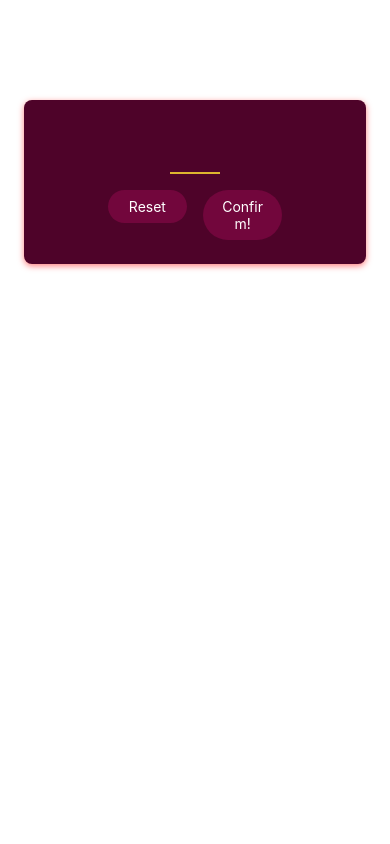
Repository: SyLe-Van/Number-Guessing-Game
Screen: /
An editor plug-in stored every save of this project. The screen is shown before and after the next save, followed by the edit.
The app was drawn by React Native's web renderer in a window 390 px wide. The project was rebuilt for these pictures with package versions that can differ from the ones it lists, and the page was loaded fresh each time.

Above is the screen before, as saved 2024-02-02 09:32:12.

### App.js
import { StyleSheet } from "react-native";

import StartGameScreen from "./screens/StartGameScreen";
export default function App() {
  return <StartGameScreen />;
}

const styles = StyleSheet.create({});

### screens/StartGameScreen.js
import { TextInput, View, StyleSheet } from "react-native";
import PrimaryButton from "../components/PrimaryButton";
function StartGameScreen() {
  return (
    <View style={styles.inputContainer}>
      <TextInput
        style={styles.numberInput}
        maxLength={2}
        keyboardType={"number-pad"}
        autoCapitalize="none"
        autoCorrect={false}
      />
      <View style={styles.buttonsContainer}>
        <View style={styles.buttonContainer}>
          <PrimaryButton>Reset</PrimaryButton>
        </View>
        <View style={styles.buttonContainer}>
          <PrimaryButton>Confirm!</PrimaryButton>
        </View>
      </View>
    </View>
  );
}
const styles = StyleSheet.create({
  inputContainer: {
    justifyContent: "center",
    alignItems: "center",
    padding: 16,
    marginTop: 100,
    marginHorizontal: 24,
    backgroundColor: "#4e0329",
    borderRadius: 8,
    shadowColor: "red",
    shadowOffset: { width: 0, height: 2 },
    shadowRadius: 6,
    shadowOpacity: 0.5,
  },
  numberInput: {
    height: 50,
    width: 50,
    fontSize: 30,
    borderBottomColor: "#ddb52f",
    borderBottomWidth: 2,
    color: "#ddb52f",
    marginVertical: 8,
    fontWeight: "bold",
    textAlign: "center",
  },
  buttonsContainer: {
    flexDirection: "row",
  },
  buttonContainer: {
    flex: 1,
  },
});
export default StartGameScreen;

### components/PrimaryButton.js
import { View, Text, Pressable, StyleSheet } from "react-native";

function PrimaryButton({ children }) {
  function pressHandler() {
    console.log("Pressed");
  }
  return (
    <View style={styles.buttonOuterContainer}>
      <Pressable
        onPress={pressHandler}
        style={({ pressed }) =>
          pressed
            ? [styles.buttonInnerContainer, styles.pressed]
            : styles.buttonInnerContainer
        }
      >
        <Text style={styles.buttonText}>{children}</Text>
      </Pressable>
    </View>
  );
}
const styles = StyleSheet.create({
  buttonOuterContainer: {
    borderRadius: 28,
    margin: 4,
    overflow: "hidden",
  },
  buttonInnerContainer: {
    backgroundColor: "#72063c",
    borderRadius: 25,
    paddingVertical: 8,
    paddingHorizontal: 16,
    margin: 4,
  },
  buttonText: {
    color: "white",
    textAlign: "center",
  },
  pressed: {
    opacity: 0.75,
  },
});
export default PrimaryButton;

After the next save:
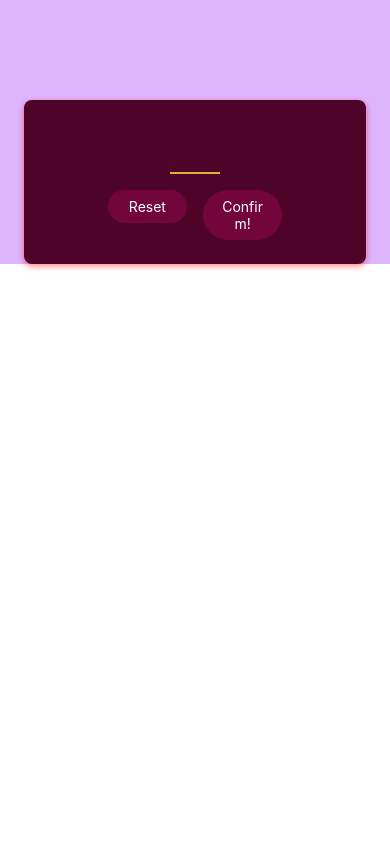
Saved 11 h 19 min later.
--- a/App.js
+++ b/App.js
@@ -1,8 +1,16 @@
-import { StyleSheet } from "react-native";
+import { StyleSheet, View } from "react-native";
 
 import StartGameScreen from "./screens/StartGameScreen";
 export default function App() {
-  return <StartGameScreen />;
+  return (
+    <View style={styles.rootScreen}>
+      <StartGameScreen />
+    </View>
+  );
 }
 
-const styles = StyleSheet.create({});
+const styles = StyleSheet.create({
+  rootScreen: {
+    backgroundColor: "#ddb5ff",
+  },
+});
